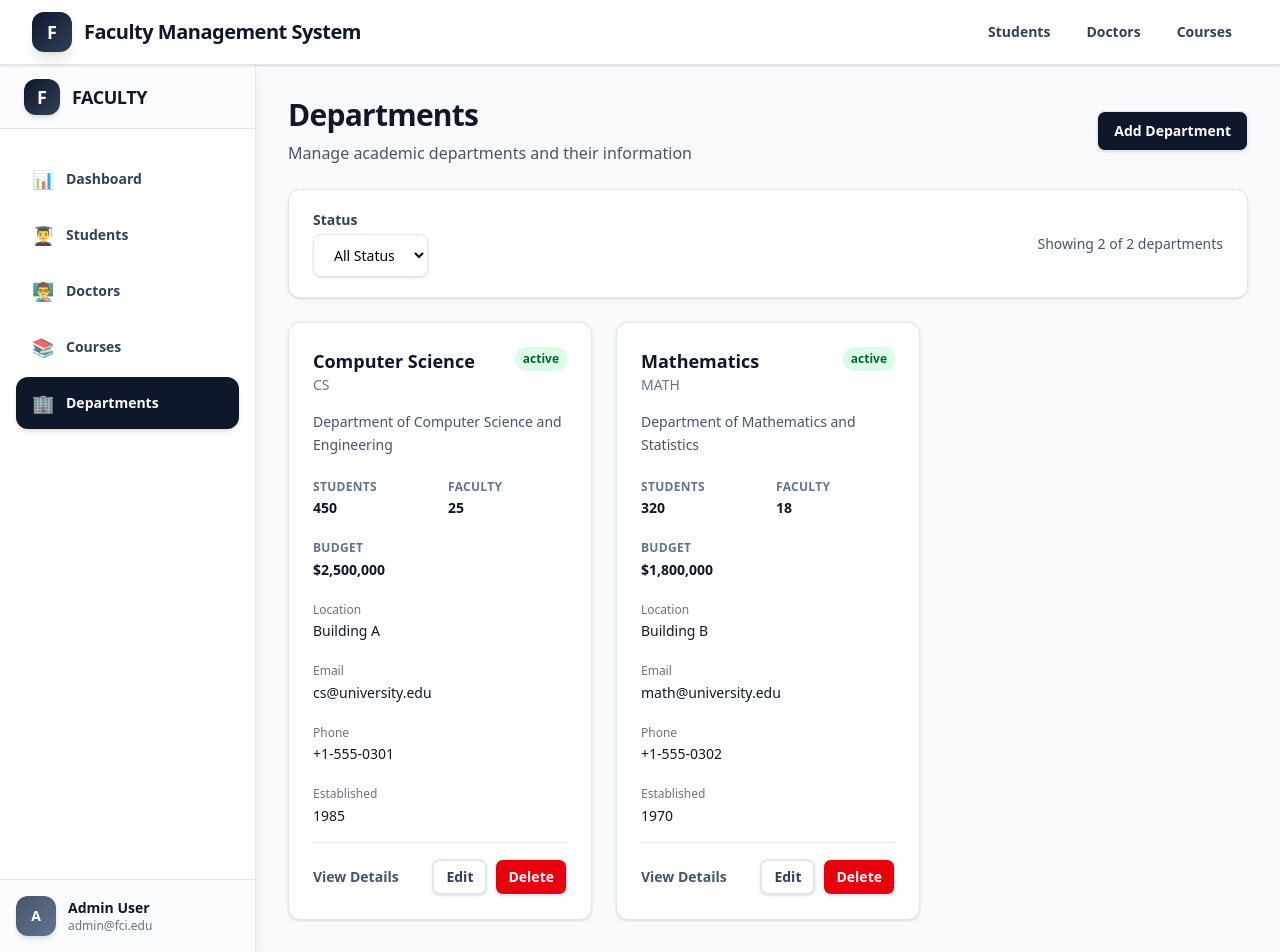
Repository: Mohamedmohsen179/Advanced-DB-Task
Page: /departments (app in frontend/)
The author's editor kept a copy of each file at every save. The page is drawn from the files as they stood at one save, then again after the next save.
The browser window is 1280 px wide. The pictures show the whole page.
The page's requests for data from a server got no answer. The project was rebuilt for these pictures with package versions that can differ from the ones it lists, and the page was loaded fresh each time. The framework's server and built-in components were replaced by stand-ins that run in the browser. No one was signed in, and anything a server would have sent is missing. Also part of the build but not shown: frontend/next.config.ts.

Above is the page before, as saved 2025-11-29 00:46:27.

### frontend/app/layout.tsx
import type { Metadata } from "next";
import { Geist, Geist_Mono } from "next/font/google";
import "./globals.css";
import MainLayout from "../components/layout/MainLayout";

const geistSans = Geist({
  variable: "--font-geist-sans",
  subsets: ["latin"],
});

const geistMono = Geist_Mono({
  variable: "--font-geist-mono",
  subsets: ["latin"],
});

export const metadata: Metadata = {
  title: "University Management System",
  description: "A comprehensive university management system built with Next.js and TypeScript",
};

export default function RootLayout({
  children,
}: Readonly<{
  children: React.ReactNode;
}>) {
  return (
    <html lang="en">
      <body
        className={`${geistSans.variable} ${geistMono.variable} antialiased`}
      >
        <MainLayout>{children}</MainLayout>
      </body>
    </html>
  );
}

### frontend/app/departments/page.tsx
import DepartmentsContainer from '../../containers/DepartmentsContainer';

export default function DepartmentsPage() {
  return <DepartmentsContainer />;
}

### frontend/app/globals.css
@import "tailwindcss";

:root {
  --background: #fafafa;
  --foreground: #0f172a;
  --primary: #2563eb;
  --primary-foreground: #ffffff;
  --secondary: #f1f5f9;
  --secondary-foreground: #334155;
  --muted: #f8fafc;
  --muted-foreground: #64748b;
  --accent: #f1f5f9;
  --accent-foreground: #0f172a;
  --border: #e2e8f0;
  --input: #ffffff;
  --ring: #2563eb;
  --radius: 0.5rem;
}

@theme inline {
  --color-background: var(--background);
  --color-foreground: var(--foreground);
  --font-sans: var(--font-geist-sans);
  --font-mono: var(--font-geist-mono);
}

@media (prefers-color-scheme: dark) {
  :root {
    --background: #020617;
    --foreground: #f8fafc;
    --primary: #3b82f6;
    --primary-foreground: #f8fafc;
    --secondary: #1e293b;
    --secondary-foreground: #f8fafc;
    --muted: #1e293b;
    --muted-foreground: #94a3b8;
    --accent: #1e293b;
    --accent-foreground: #f8fafc;
    --border: #334155;
    --input: #1e293b;
    --ring: #3b82f6;
  }
}

* {
  border-color: var(--border);
}

body {
  background: var(--background);
  color: var(--foreground);
  font-family: var(--font-sans), system-ui, -apple-system, sans-serif;
  line-height: 1.6;
  -webkit-font-smoothing: antialiased;
  -moz-osx-font-smoothing: grayscale;
}

::-webkit-scrollbar {
  width: 8px;
  height: 8px;
}

::-webkit-scrollbar-track {
  background: var(--muted);
}

::-webkit-scrollbar-thumb {
  background: var(--muted-foreground);
  border-radius: 4px;
}

::-webkit-scrollbar-thumb:hover {
  background: var(--foreground);
}

/* Focus styles */
.focus-visible {
  outline: 2px solid var(--ring);
  outline-offset: 2px;
}

/* Professional shadows */
.shadow-professional {
  box-shadow: 0 1px 3px 0 rgb(0 0 0 / 0.1), 0 1px 2px -1px rgb(0 0 0 / 0.1);
}

.shadow-professional-lg {
  box-shadow: 0 10px 15px -3px rgb(0 0 0 / 0.1), 0 4px 6px -4px rgb(0 0 0 / 0.1);
}

### frontend/components/layout/MainLayout.tsx
'use client';

import { useState } from 'react';
import Navbar from './Navbar';
import Sidebar from './Sidebar';

interface MainLayoutProps {
  children: React.ReactNode;
}

export default function MainLayout({ children }: MainLayoutProps) {
  const [sidebarOpen, setSidebarOpen] = useState(false);

  return (
    <div className="min-h-screen bg-slate-50">
      <Navbar />

      <div className="flex">
        <Sidebar
          isOpen={sidebarOpen}
          onClose={() => setSidebarOpen(false)}
        />

        <div className="flex-1 lg:ml-0">
          <div className="lg:hidden">
            <button
              onClick={() => setSidebarOpen(true)}
              className="fixed top-20 left-4 z-10 bg-white p-3 rounded-xl shadow-professional border border-slate-200 hover:shadow-professional-lg transition-all duration-200"
            >
              <svg className="w-5 h-5 text-slate-600" fill="none" stroke="currentColor" viewBox="0 0 24 24">
                <path strokeLinecap="round" strokeLinejoin="round" strokeWidth={2} d="M4 6h16M4 12h16M4 18h16" />
              </svg>
            </button>
          </div>

          <main className="p-6 lg:p-8">
            <div className="max-w-7xl mx-auto">
              {children}
            </div>
          </main>
        </div>
      </div>
    </div>
  );
}

### frontend/components/layout/Navbar.tsx
'use client';

import Link from 'next/link';
import { useState } from 'react';

export default function Navbar() {
  const [isMenuOpen, setIsMenuOpen] = useState(false);

  return (
    <nav className="bg-white shadow-professional border-b border-slate-200 sticky top-0 z-50 backdrop-blur-sm bg-white">
      <div className="max-w-7xl mx-auto px-4 sm:px-6 lg:px-8">
        <div className="flex justify-between h-16">
          <div className="flex items-center">
            <Link href="/" className="flex-shrink-0 flex items-center group">
              <div className="h-10 w-10 bg-gradient-to-br from-slate-900 to-slate-700 rounded-xl flex items-center justify-center shadow-lg group-hover:shadow-xl transition-all duration-200">
                <span className="text-white font-bold text-lg">F</span>
              </div>
              <span className="ml-3 text-xl font-bold text-slate-900 tracking-tight">
                Faculty Management System
              </span>
            </Link>
          </div>

          <div className="hidden md:flex items-center space-x-1">
            <Link
              href="/students"
              className="text-slate-700 hover:text-slate-900 hover:bg-slate-100 px-4 py-2.5 rounded-lg text-sm font-semibold transition-all duration-200"
            >
              Students
            </Link>

            <Link
              href="/doctors"
              className="text-slate-700 hover:text-slate-900 hover:bg-slate-100 px-4 py-2.5 rounded-lg text-sm font-semibold transition-all duration-200"
            >
              Doctors
            </Link>
            <Link
              href="/courses"
              className="text-slate-700 hover:text-slate-900 hover:bg-slate-100 px-4 py-2.5 rounded-lg text-sm font-semibold transition-all duration-200"
            >
              Courses
            </Link>
          </div>

          {/* Mobile menu button */}
          <div className="md:hidden flex items-center">
            <button
              onClick={() => setIsMenuOpen(!isMenuOpen)}
              className="text-slate-700 hover:text-slate-900 hover:bg-slate-100 p-2 rounded-lg focus:outline-none focus:ring-2 focus:ring-slate-500 transition-all duration-200"
            >
              <svg className="h-6 w-6" fill="none" viewBox="0 0 24 24" stroke="currentColor">
                {isMenuOpen ? (
                  <path strokeLinecap="round" strokeLinejoin="round" strokeWidth={2} d="M6 18L18 6M6 6l12 12" />
                ) : (
                  <path strokeLinecap="round" strokeLinejoin="round" strokeWidth={2} d="M4 6h16M4 12h16M4 18h16" />
                )}
              </svg>
            </button>
          </div>
        </div>

        {/* Mobile Navigation */}
        {isMenuOpen && (
          <div className="md:hidden">
            <div className="px-4 pt-4 pb-4 space-y-2 border-t border-slate-200 bg-slate-50/50">
              <Link
                href="/students"
                className="text-slate-700 hover:text-slate-900 hover:bg-white block px-4 py-3 rounded-lg text-base font-semibold transition-all duration-200"
                onClick={() => setIsMenuOpen(false)}
              >
                Students
              </Link>
              <Link
                href="/doctors"
                className="text-slate-700 hover:text-slate-900 hover:bg-white block px-4 py-3 rounded-lg text-base font-semibold transition-all duration-200"
                onClick={() => setIsMenuOpen(false)}
              >
                Doctors
              </Link>
              <Link
                href="/courses"
                className="text-slate-700 hover:text-slate-900 hover:bg-white block px-4 py-3 rounded-lg text-base font-semibold transition-all duration-200"
                onClick={() => setIsMenuOpen(false)}
              >
                Courses
              </Link>

            </div>
          </div>
        )}
      </div>
    </nav>
  );
}

### frontend/components/layout/Sidebar.tsx
'use client';

import Link from 'next/link';
import { usePathname } from 'next/navigation';
import { NavItem } from '../../types';

const navigationItems: NavItem[] = [
  {
    label: 'Dashboard',
    href: '/',
    icon: '📊',
  },
  {
    label: 'Students',
    href: '/students',
    icon: '👨‍🎓',
    children: [
      { label: 'All Students', href: '/students' },
      { label: 'Add Student', href: '/students/new' },
    ],
  },
  {
    label: 'Doctors',
    href: '/doctors',
    icon: '👨‍🏫',
    children: [
      { label: 'All Doctors', href: '/doctors' },
      { label: 'Add Doctor', href: '/doctors/new' },
    ],
  },
  {
    label: 'Courses',
    href: '/courses',
    icon: '📚',
  },
  {
    label: 'Departments',
    href: '/departments',
    icon: '🏢',
  },
];

interface SidebarProps {
  isOpen?: boolean;
  onClose?: () => void;
}

export default function Sidebar({ isOpen = true, onClose }: SidebarProps) {
  const pathname = usePathname();

  const isActiveLink = (href: string) => {
    if (href === '/') {
      return pathname === '/';
    }
    return pathname.startsWith(href);
  };

  return (
    <>
      {/* Mobile overlay */}
      {isOpen && (
        <div
          className="fixed inset-0 z-20 bg-black bg-opacity-50 lg:hidden"
          onClick={onClose}
        />
      )}

      <div
        className={`
          fixed inset-y-0 left-0 z-30 w-64 bg-white shadow-professional-lg border-r border-slate-200 transform transition-transform duration-300 ease-in-out lg:translate-x-0 lg:static lg:inset-0
          ${isOpen ? 'translate-x-0' : '-translate-x-full'}
        `}
      >
        <div className="flex flex-col h-full">
          <div className="flex items-center justify-between h-16 px-6 border-b border-slate-200 bg-slate-50/50">
            <Link href="/" className="flex items-center group">
              <div className="h-9 w-9 bg-gradient-to-br from-slate-900 to-slate-700 rounded-xl flex items-center justify-center shadow-md group-hover:shadow-lg transition-all duration-200">
                <span className="text-white font-bold text-lg">F</span>
              </div>
              <span className="ml-3 text-lg font-bold text-slate-900 tracking-tight">
                FACULTY
              </span>
            </Link>
            <button
              onClick={onClose}
              className="lg:hidden text-slate-500 hover:text-slate-700 hover:bg-slate-100 p-1.5 rounded-lg transition-all duration-200"
            >
              <svg className="w-6 h-6" fill="none" stroke="currentColor" viewBox="0 0 24 24">
                <path strokeLinecap="round" strokeLinejoin="round" strokeWidth={2} d="M6 18L18 6M6 6l12 12" />
              </svg>
            </button>
          </div>

          <nav className="flex-1 px-4 py-6 space-y-1 overflow-y-auto">
            {navigationItems.map((item) => (
              <div key={item.href}>
                <Link
                  href={item.href}
                  className={`
                    flex items-center px-4 py-3 text-sm font-semibold rounded-xl transition-all duration-200 group
                    ${isActiveLink(item.href)
                      ? 'bg-slate-900 text-white shadow-md'
                      : 'text-slate-700 hover:bg-slate-100 hover:text-slate-900'
                    }
                  `}
                >
                  <span className="mr-3 text-lg opacity-80 group-hover:opacity-100 transition-opacity">{item.icon}</span>
                  {item.label}
                </Link>

                {item.children && isActiveLink(item.href) && (
                  <div className="ml-8 mt-2 space-y-1">
                    {item.children.map((child) => (
                      <Link
                        key={child.href}
                        href={child.href}
                        className={`
                          block px-4 py-2.5 text-sm font-medium rounded-lg transition-all duration-200
                          ${pathname === child.href
                            ? 'bg-slate-100 text-slate-900 shadow-sm'
                            : 'text-slate-600 hover:bg-slate-50 hover:text-slate-900'
                          }
                        `}
                      >
                        {child.label}
                      </Link>
                    ))}
                  </div>
                )}
              </div>
            ))}
          </nav>

          {/* Footer */}
          <div className="p-4 border-t border-slate-200 bg-slate-50/50">
            <div className="flex items-center">
              <div className="flex-shrink-0">
                <div className="w-10 h-10 bg-gradient-to-br from-slate-600 to-slate-500 rounded-xl flex items-center justify-center shadow-md">
                  <span className="text-sm font-bold text-white">A</span>
                </div>
              </div>
              <div className="ml-3">
                <p className="text-sm font-semibold text-slate-900">Admin User</p>
                <p className="text-xs text-slate-500">admin@fci.edu</p>
              </div>
            </div>
          </div>
        </div>
      </div>
    </>
  );
}

### frontend/components/ui/Card.tsx
import { HTMLAttributes, forwardRef } from 'react';

interface CardProps extends HTMLAttributes<HTMLDivElement> {
  children: React.ReactNode;
}

const Card = forwardRef<HTMLDivElement, CardProps>(
  ({ className = '', children, ...props }, ref) => {
    return (
      <div
        ref={ref}
        className={`bg-white rounded-xl border border-slate-200 shadow-professional hover:shadow-professional-lg transition-shadow duration-200 ${className}`}
        {...props}
      >
        {children}
      </div>
    );
  }
);

Card.displayName = 'Card';

interface CardHeaderProps extends HTMLAttributes<HTMLDivElement> {
  children: React.ReactNode;
}

const CardHeader = forwardRef<HTMLDivElement, CardHeaderProps>(
  ({ className = '', children, ...props }, ref) => {
    return (
      <div
        ref={ref}
        className={`px-6 py-5 border-b border-slate-200 bg-slate-50/50 rounded-t-xl ${className}`}
        {...props}
      >
        {children}
      </div>
    );
  }
);

CardHeader.displayName = 'CardHeader';

interface CardContentProps extends HTMLAttributes<HTMLDivElement> {
  children: React.ReactNode;
}

const CardContent = forwardRef<HTMLDivElement, CardContentProps>(
  ({ className = '', children, ...props }, ref) => {
    return (
      <div
        ref={ref}
        className={`px-6 py-5 ${className}`}
        {...props}
      >
        {children}
      </div>
    );
  }
);

CardContent.displayName = 'CardContent';

interface CardFooterProps extends HTMLAttributes<HTMLDivElement> {
  children: React.ReactNode;
}

const CardFooter = forwardRef<HTMLDivElement, CardFooterProps>(
  ({ className = '', children, ...props }, ref) => {
    return (
      <div
        ref={ref}
        className={`px-6 py-5 border-t border-slate-200 bg-slate-50 rounded-b-xl ${className}`}
        {...props}
      >
        {children}
      </div>
    );
  }
);

CardFooter.displayName = 'CardFooter';

export { Card, CardHeader, CardContent, CardFooter };

### frontend/components/ui/Button.tsx
import { ButtonHTMLAttributes, forwardRef } from 'react';

interface ButtonProps extends ButtonHTMLAttributes<HTMLButtonElement> {
  variant?: 'primary' | 'secondary' | 'danger' | 'outline';
  size?: 'sm' | 'md' | 'lg';
  loading?: boolean;
}

const Button = forwardRef<HTMLButtonElement, ButtonProps>(
  ({ className = '', variant = 'primary', size = 'md', loading = false, children, disabled, ...props }, ref) => {
    const baseClasses = 'inline-flex items-center justify-center font-semibold rounded-lg transition-all duration-200 focus:outline-none focus:ring-2 focus:ring-offset-2 disabled:opacity-50 disabled:cursor-not-allowed shadow-sm hover:shadow-md active:scale-[0.98]';

    const variantClasses = {
      primary: 'bg-slate-900 text-white hover:bg-slate-800 focus:ring-slate-500 border border-slate-900',
      secondary: 'bg-slate-100 text-slate-900 hover:bg-slate-200 focus:ring-slate-500 border border-slate-200',
      danger: 'bg-red-600 text-white hover:bg-red-700 focus:ring-red-500 border border-red-600',
      outline: 'border-2 border-slate-300 text-slate-700 bg-white hover:bg-slate-50 hover:border-slate-400 focus:ring-slate-500',
    };

    const sizeClasses = {
      sm: 'px-3 py-2 text-sm h-9',
      md: 'px-4 py-2.5 text-sm h-10',
      lg: 'px-6 py-3 text-base h-12',
    };

    return (
      <button
        ref={ref}
        className={`${baseClasses} ${variantClasses[variant]} ${sizeClasses[size]} ${className}`}
        disabled={disabled || loading}
        {...props}
      >
        {loading && (
          <svg className="animate-spin -ml-1 mr-2 h-4 w-4" fill="none" viewBox="0 0 24 24">
            <circle className="opacity-25" cx="12" cy="12" r="10" stroke="currentColor" strokeWidth="4" />
            <path className="opacity-75" fill="currentColor" d="M4 12a8 8 0 018-8V0C5.373 0 0 5.373 0 12h4zm2 5.291A7.962 7.962 0 014 12H0c0 3.042 1.135 5.824 3 7.938l3-2.647z" />
          </svg>
        )}
        {children}
      </button>
    );
  }
);

Button.displayName = 'Button';

export default Button;

### frontend/components/departments/DepartmentCard.tsx
'use client';

import Link from 'next/link';
import { Department } from '../../types';
import Button from '../ui/Button';

interface DepartmentCardProps {
  department: Department;
  onEdit?: (department: Department) => void;
  onDelete?: (departmentId: string) => void;
}

export default function DepartmentCard({ department, onEdit, onDelete }: DepartmentCardProps) {
  const getStatusColor = (status: string) => {
    switch (status) {
      case 'active':
        return 'bg-green-100 text-green-800';
      case 'inactive':
        return 'bg-gray-100 text-gray-800';
      default:
        return 'bg-gray-100 text-gray-800';
    }
  };

  return (
    <div className="bg-white rounded-xl border border-slate-200 shadow-professional hover:shadow-professional-lg transition-all duration-300 hover:-translate-y-1">
      <div className="p-6">
        <div className="flex items-start justify-between mb-4">
          <div>
            <h3 className="text-lg font-bold text-slate-900">{department.name}</h3>
            <p className="text-sm font-medium text-slate-500">{department.code}</p>
          </div>
          <span className={`inline-flex px-2 py-1 text-xs font-semibold rounded-full ${getStatusColor(department.status)}`}>
            {department.status}
          </span>
        </div>

        {department.description && (
          <p className="text-sm text-slate-600 mb-4 line-clamp-2 leading-relaxed">{department.description}</p>
        )}

        <div className="grid grid-cols-2 gap-4 mb-4">
          <div>
            <span className="text-xs font-semibold text-slate-500 uppercase tracking-wide">Students</span>
            <p className="text-sm font-semibold text-slate-900">{department.studentCount}</p>
          </div>
          <div>
            <span className="text-xs font-semibold text-slate-500 uppercase tracking-wide">Faculty</span>
            <p className="text-sm font-semibold text-slate-900">{department.facultyCount}</p>
          </div>
          {department.budget && (
            <div className="col-span-2">
              <span className="text-xs font-semibold text-slate-500 uppercase tracking-wide">Budget</span>
              <p className="text-sm font-semibold text-slate-900">
                ${department.budget.toLocaleString()}
              </p>
            </div>
          )}
          {department.location && (
            <div className="col-span-2">
              <span className="text-xs font-medium text-gray-500">Location</span>
              <p className="text-sm text-gray-900">{department.location}</p>
            </div>
          )}
          {department.email && (
            <div className="col-span-2">
              <span className="text-xs font-medium text-gray-500">Email</span>
              <p className="text-sm text-gray-900">{department.email}</p>
            </div>
          )}
          {department.phoneNumber && (
            <div className="col-span-2">
              <span className="text-xs font-medium text-gray-500">Phone</span>
              <p className="text-sm text-gray-900">{department.phoneNumber}</p>
            </div>
          )}
        </div>

        {department.establishedDate && (
          <div className="mb-4">
            <span className="text-xs font-medium text-gray-500">Established</span>
            <p className="text-sm text-gray-900">
              {new Date(department.establishedDate).getFullYear()}
            </p>
          </div>
        )}

        {/* Actions */}
        <div className="flex justify-between items-center pt-4 border-t border-slate-100">
          <Link
            href={`/departments/${department.id}`}
            className="text-slate-600 hover:text-slate-900 text-sm font-semibold transition-colors duration-200"
          >
            View Details
          </Link>
          <div className="flex space-x-2">
            {onEdit && (
              <Button
                size="sm"
                variant="outline"
                onClick={() => onEdit(department)}
              >
                Edit
              </Button>
            )}
            {onDelete && (
              <Button
                size="sm"
                variant="danger"
                onClick={() => onDelete(department.id)}
              >
                Delete
              </Button>
            )}
          </div>
        </div>
      </div>
    </div>
  );
}

Loaded but not shown: frontend/services/api.ts (635 lines, source omitted); frontend/containers/DepartmentsContainer.tsx (185 lines, source omitted)

After the next save:
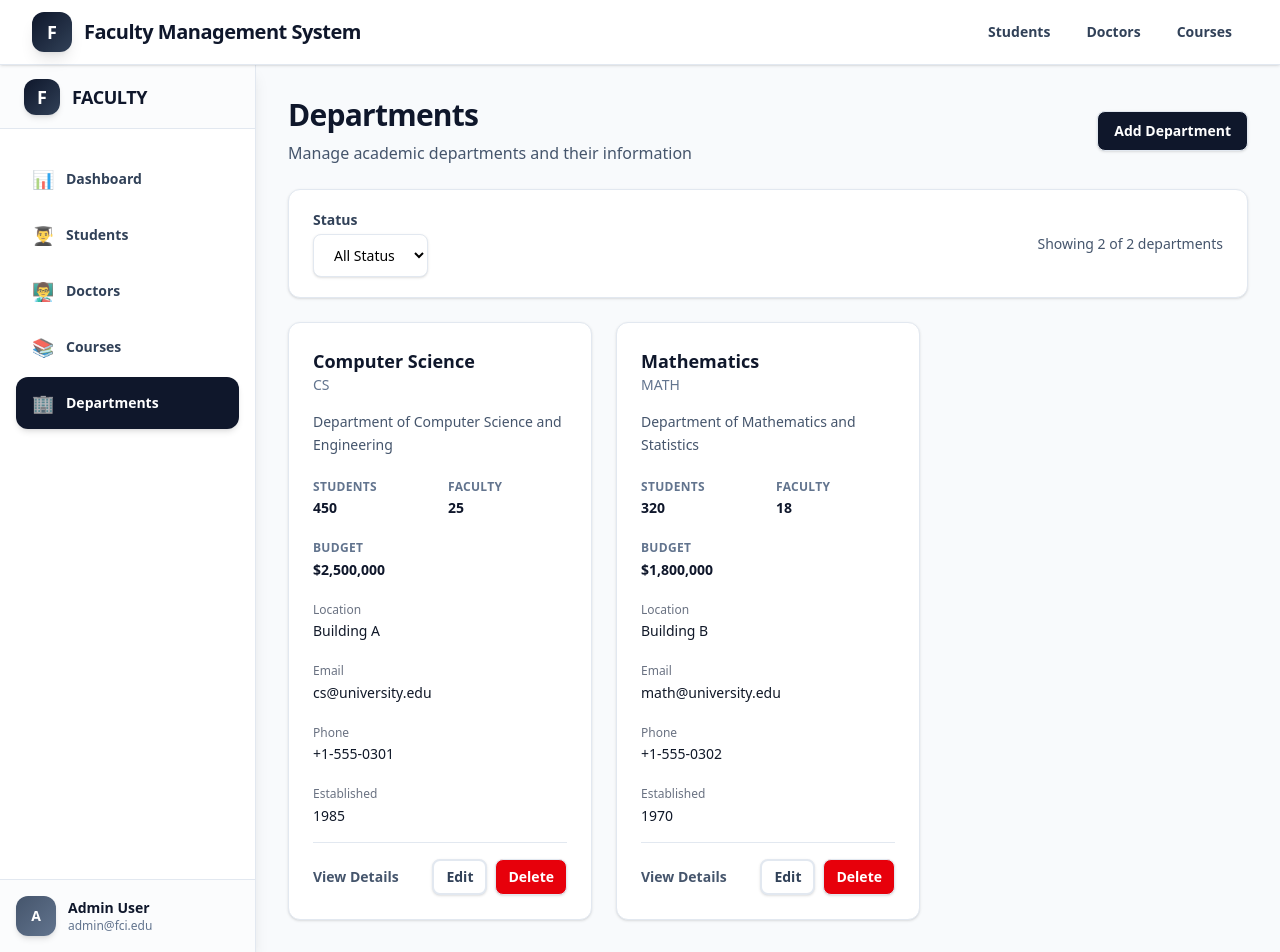
Saved 8 min 3 s later.
--- a/frontend/components/departments/DepartmentCard.tsx
+++ b/frontend/components/departments/DepartmentCard.tsx
@@ -11,16 +11,6 @@ interface DepartmentCardProps {
 }
 
 export default function DepartmentCard({ department, onEdit, onDelete }: DepartmentCardProps) {
-  const getStatusColor = (status: string) => {
-    switch (status) {
-      case 'active':
-        return 'bg-green-100 text-green-800';
-      case 'inactive':
-        return 'bg-gray-100 text-gray-800';
-      default:
-        return 'bg-gray-100 text-gray-800';
-    }
-  };
 
   return (
     <div className="bg-white rounded-xl border border-slate-200 shadow-professional hover:shadow-professional-lg transition-all duration-300 hover:-translate-y-1">
@@ -30,9 +20,6 @@ export default function DepartmentCard({ department, onEdit, onDelete }: Departm
             <h3 className="text-lg font-bold text-slate-900">{department.name}</h3>
             <p className="text-sm font-medium text-slate-500">{department.code}</p>
           </div>
-          <span className={`inline-flex px-2 py-1 text-xs font-semibold rounded-full ${getStatusColor(department.status)}`}>
-            {department.status}
-          </span>
         </div>
 
         {department.description && (
